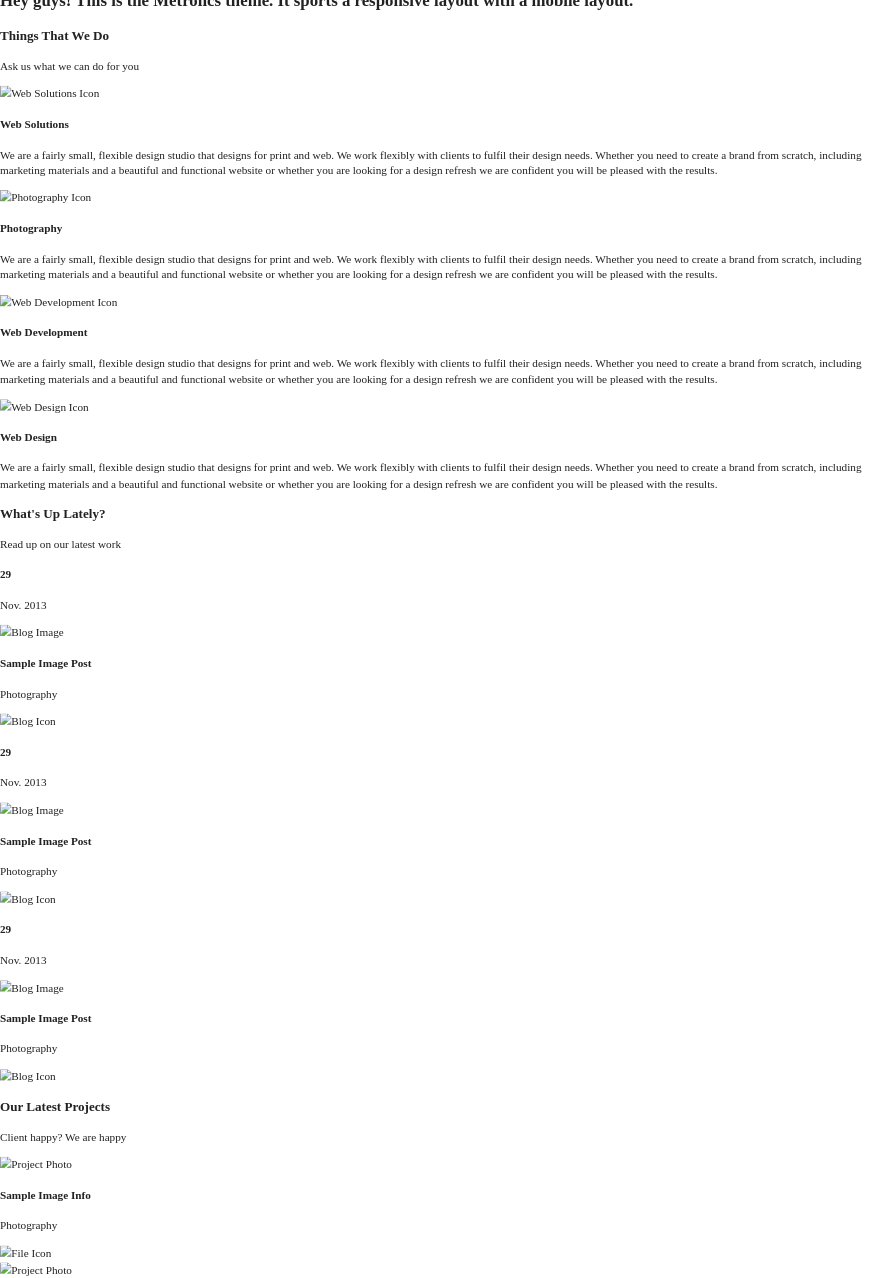
Repository: wilyyy/metrolics
Page: index.html
An editor plug-in stored every save of this project. The page is shown before and after the next save, followed by the edit.
The browser window is 1280 px wide. The pictures show the part of the page from y = 858 to 2778 px (the page is 2684 px tall before and 2778 px after), at 70% of full size.

Above is the page before, as saved 2021-01-27 00:26:27.

After the next save:
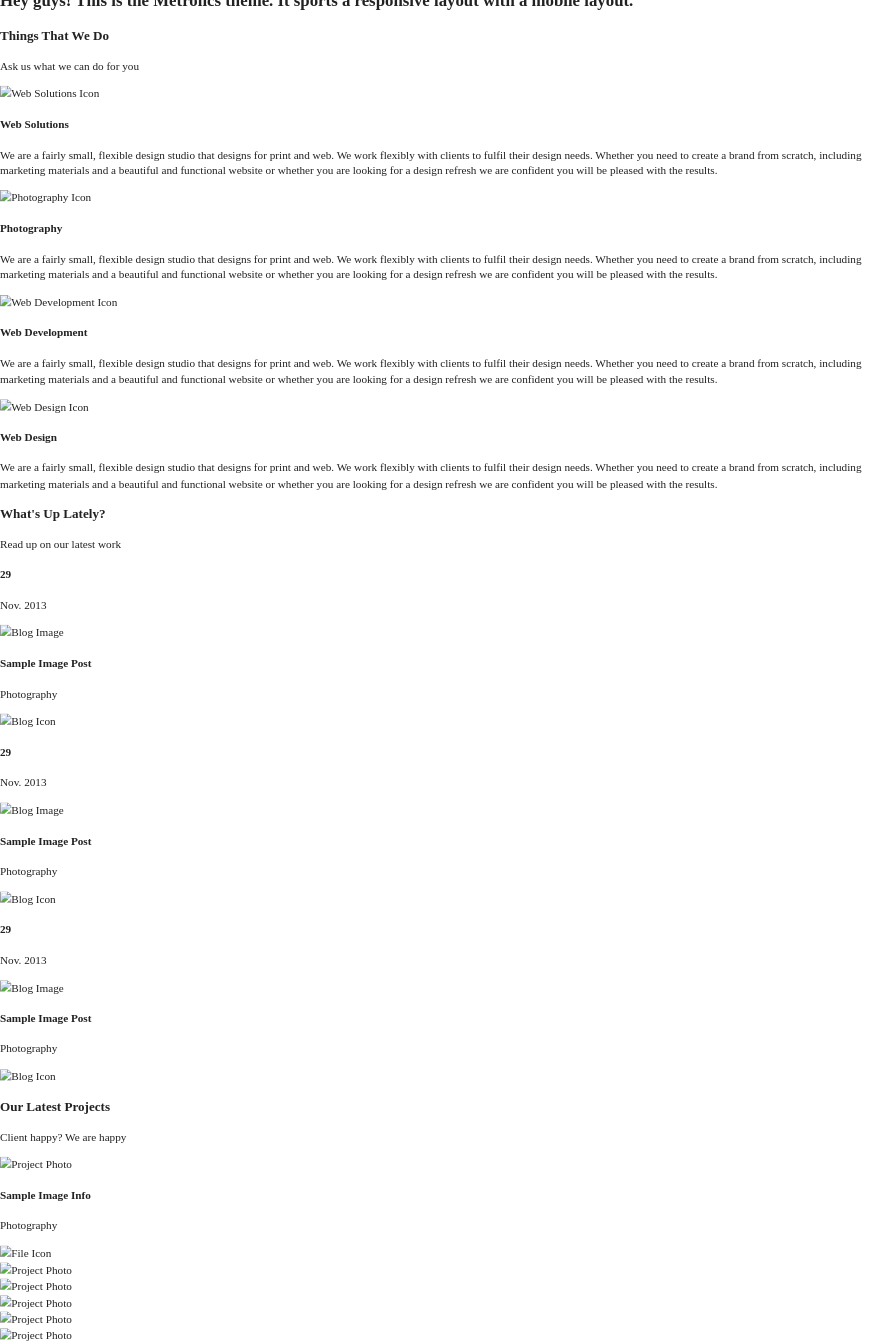
Saved 11 s later.
--- a/index.html
+++ b/index.html
@@ -241,6 +241,22 @@
             </div>
           </div>
         </div>
+      </div>
+
+      <div class="project-photo">
+        <img src="" alt="Project Photo">
+      </div>
+
+      <div class="project-photo">
+        <img src="" alt="Project Photo">
+      </div>
+
+      <div class="project-photo">
+        <img src="" alt="Project Photo">
+      </div>
+
+      <div class="project-photo">
+        <img src="" alt="Project Photo">
       </div>
 
       <div class="project-photo">
